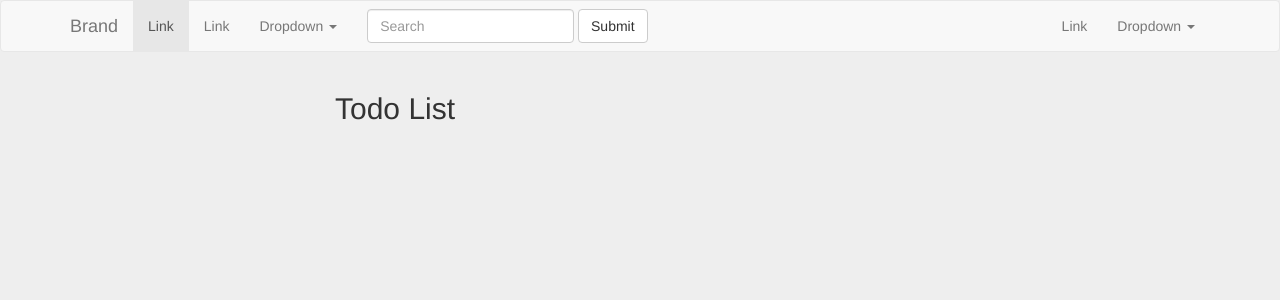
Repository: neoighodaro-articles/migrating-to-laravel
Page: http://localhost/pages/home.php
An editor plug-in stored every save of this project. The page is shown before and after the next save, followed by the edit.
The browser window is 1280 px wide. The pictures show the whole page.
The page is run by PHP 8.4 with error messages shown; the project is at /var/www/html/.

Above is the page before, as saved 2018-06-12 19:59:57.

After the next save:
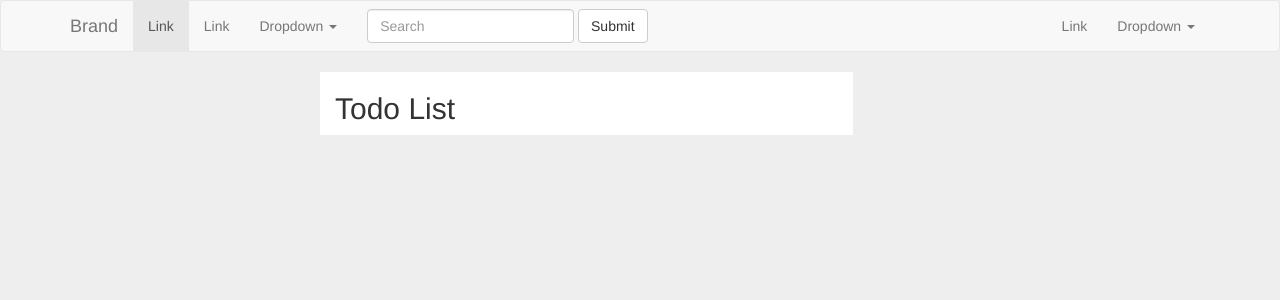
Saved 14 s later.
--- a/vanilla/pages/home.php
+++ b/vanilla/pages/home.php
@@ -68,7 +68,7 @@
 
 </nav>
 
-  <div class="col-md-5 col-md-offset-3">
+  <div class="col-md-5 col-md-offset-3" style="background: #FFF">
     <h2>Todo List</h2>
   </div>
 </body>
